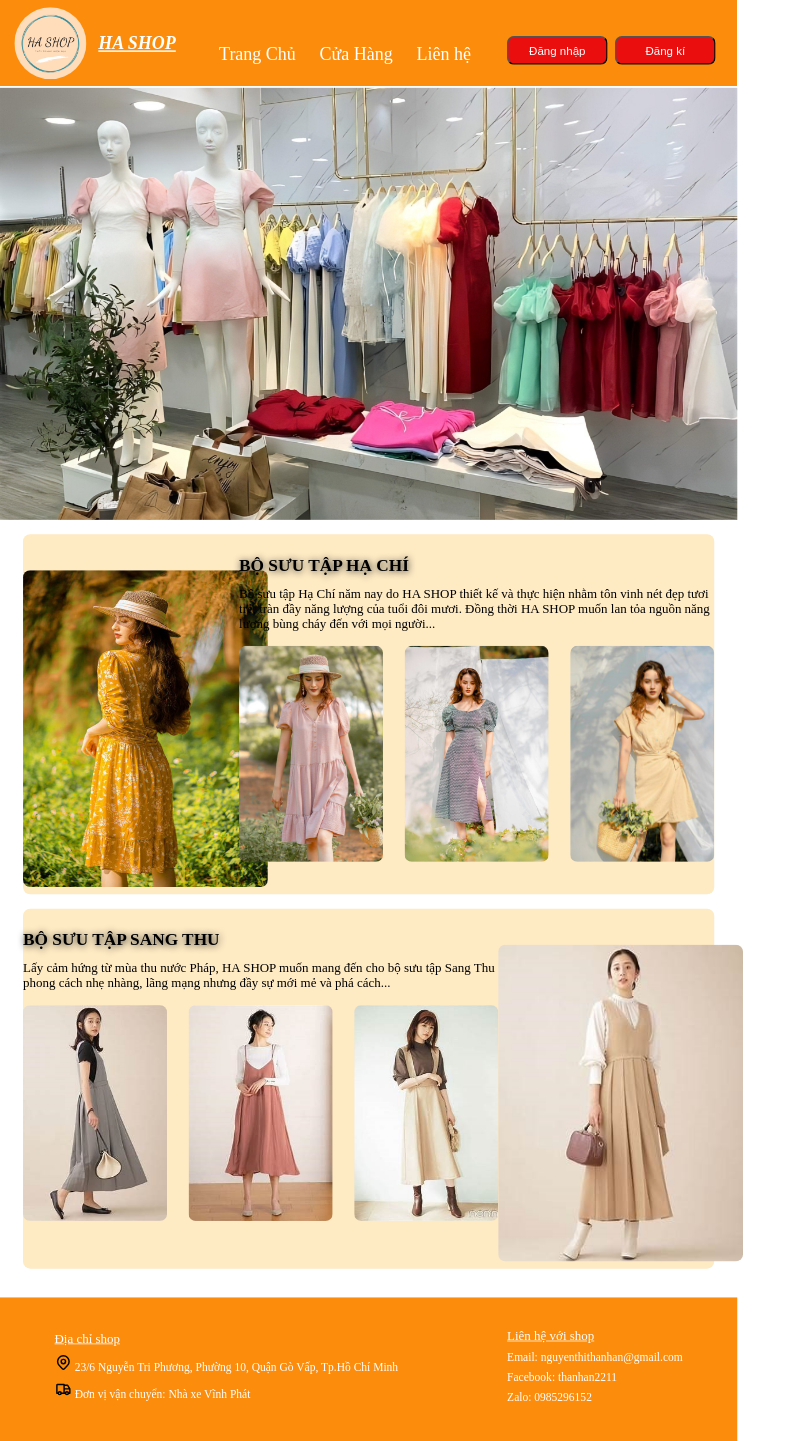
Repository: manhhieu120499/Project_ShopQuanAo
Page: index.html
An editor plug-in stored every save of this project. The page is shown before and after the next save, followed by the edit.
The browser window is 1024 px wide. The page is 1032 px wide, then 1117 px, so the pictures cover 1117 px, including what lies to the right of the window. The pictures show the whole page, at 72% of full size.

Above is the page before, as saved 2023-04-07 22:16:16.

### index.html
<!DOCTYPE html>
<html lang="en">

<head>
    <meta charset="UTF-8" />
    <meta http-equiv="X-UA-Compatible" content="IE=edge" />
    <meta name="viewport" content="width=device-width, initial-scale=1.0" />
    <title>Document</title>
    <link rel="stylesheet" href="/css/style_trangchu.css">
    <link rel="stylesheet" href="/responsive/responsive_trangchu.css">
</head>

<body>
    <div class="wrap">
        <div class="header">
            <div class="left-header">
                <img src="/image/image_trangchu/Thời trang hiện dại.png" alt="logo_shop" class="picture"/>
                <h2 class="shop_name">HA SHOP</h2>
            </div>

            <div class="right-header">
                <div class="link">
                    <a href="#">Trang Chủ</a>
                    <a href="http://127.0.0.1:5501/html/ban_hang.html">Cửa Hàng</a>
                    <a href="#">Liên hệ</a>
                </div>
                 <div class="btn">
                     <button>Đăng nhập</button>
                     <button>Đăng kí</button>
                 </div>
            </div>

        </div>

        <div class="slide_bar">
            <img src="/image/image_trangchu/slide.jpg" alt="slide_picture">
        </div>

        <div class="album">
            <div class="album_one">
                <div class="left_picture">
                     <img src="/image/image_trangchu/10.jpg" alt="picture_ha_chi">
                </div>
                <div class="right_description">
                      <h2 class="title_album">BỘ SƯU TẬP HẠ CHÍ</h2>
                      <p class="desc">   Bộ sưu tập Hạ Chí năm nay do HA SHOP thiết kế và thực hiện nhằm tôn vinh nét đẹp tươi trẻ, tràn đầy năng lượng của tuổi đôi mươi. Đồng thời HA SHOP muốn lan tỏa nguồn năng lượng bùng cháy đến với mọi người...</p>
                      <div class="picture_etc">
                        <img src="/image/image_trangchu/11.jpg" alt="picture_ha_chi">
                        <img src="/image/image_trangchu/12.jpg" alt="picture_ha_chi">
                        <img src="/image/image_trangchu/13.jpg" alt="picture_ha_chi">
                      </div>
                </div>

            </div>

            <div class="album_two album_one ">
                <div class="right_description">
                    <h2 class="title_album">BỘ SƯU TẬP SANG THU</h2>
                    <p class="desc">   Lấy cảm hứng từ mùa thu nước Pháp, HA SHOP muốn mang đến cho bộ sưu tập Sang Thu phong cách nhẹ nhàng, lãng mạng nhưng đầy sự mới mẻ và phá cách...</p>
                    <div class="picture_etc">
                        <img src="/image/image_trangchu/5.jpg" alt="picture_sang_thu">
                        <img src="/image/image_trangchu/8.jpg" alt="picture_sang_thu">
                        <img src="/image/image_trangchu/6.jpg" alt="picture_sang_thu">
                    </div>
                </div>
                <div class="left_picture">
                     <img src="/image/image_trangchu/3.jpg" alt="picture_sang_thu">
                </div>

            </div>
        </div>

        <div class="footer">
            <div class="left_footer">
                  <p class="address">Địa chỉ shop</p>
                  <p>
                    <a class="icon">
                        <svg xmlns="http://www.w3.org/2000/svg" class="icon icon-tabler icon-tabler-map-pin" width="24" height="24" viewBox="0 0 24 24" stroke-width="2" stroke="currentColor" fill="none" stroke-linecap="round" stroke-linejoin="round">
                            <path stroke="none" d="M0 0h24v24H0z" fill="none"></path>
                            <path d="M12 11m-3 0a3 3 0 1 0 6 0a3 3 0 1 0 -6 0"></path>
                            <path d="M17.657 16.657l-4.243 4.243a2 2 0 0 1 -2.827 0l-4.244 -4.243a8 8 0 1 1 11.314 0z"></path>
                         </svg>
                    </a>
                     23/6 Nguyễn Tri Phương, Phường 10, Quận Gò Vấp, Tp.Hồ Chí Minh
                  </p>
                  <p>
                    <a>
                        <svg xmlns="http://www.w3.org/2000/svg" class="icon icon-tabler icon-tabler-truck" width="24" height="24" viewBox="0 0 24 24" stroke-width="2" stroke="currentColor" fill="none" stroke-linecap="round" stroke-linejoin="round">
                            <path stroke="none" d="M0 0h24v24H0z" fill="none"></path>
                            <path d="M7 17m-2 0a2 2 0 1 0 4 0a2 2 0 1 0 -4 0"></path>
                            <path d="M17 17m-2 0a2 2 0 1 0 4 0a2 2 0 1 0 -4 0"></path>
                            <path d="M5 17h-2v-11a1 1 0 0 1 1 -1h9v12m-4 0h6m4 0h2v-6h-8m0 -5h5l3 5"></path>
                         </svg>
                         Đơn vị vận chuyển: Nhà xe Vĩnh Phát
                    </a>
                  </p>
            </div>
            <div class="right_footer">
                 <p class="address">Liên hệ với shop</p>
                 <p>Email: nguyenthithanhan@gmail.com</p>
                 <p>Facebook: thanhan2211</p>
                 <p>Zalo: 0985296152</p>
            </div>

        </div>
    </div>

</body>

</html>

### css/style_trangchu.css
* {
    margin: 0;
    box-sizing: border-box;
}

.wrap {
    display: flex;
    flex-direction: column;
    width: 100%;
    height: 100%;
}


.header {
    background-color: #FC8D0C;
    display: flex;
    justify-content: space-around;
    position: fixed;
    width: 100%;
    top: 0;
    left: 0;
    padding: 10px 0;
    z-index: 1;
}

.left-header {
    width: 270px;
    display: flex;
    align-items: center;
    justify-content: space-between;
}

.left-header .picture {
    width: 100px;
    height: 100px;
    border-radius: 50%;
}

.left-header .shop_name {
    color: white;
    font-size: 25px;
    text-decoration: underline;
    font-style: italic;
}

.right-header .link {
    width: 400px;
    display: flex;
    justify-content: space-between;
}

.right-header .link a:hover {
    color: black;
}

.right-header .link > a {
    color: white;
    text-decoration: none;
    font-size: 25px;
    /* padding: 10px 35px; */
}

.right-header {
    width: 800px;
    display: flex;
    align-items: flex-end;
    margin-bottom: 20px;
    justify-content: space-between;
}

.right-header .btn {
    display: flex;
    justify-content: space-between;
    width: 300px;
}

.right-header .btn > button {
    background-color: #EA0E0E;
    padding: 10px 15px;
    border-radius: 10px;
    font-size: 16px;
    color: white;
    width: 200px;
    height: 40px;
    margin-left: 10px;
}



/* slide bar*/
.slide_bar {
    margin-top: 122px;
    height: 400px;
}
.slide_bar > img{
    width: 100%;
    object-fit: cover;
    height: 600px;
    display: block;
    margin-bottom: 20px;
}

/*album bo suu tap*/
.album {
    display: flex;
    width: calc(100% - 32px);
    flex-direction: column;
}
.album_one {
    margin-top: 220px;
    width: calc(100% - 32px);
    margin-left: 32px;
    height: 500px;
    background-color: #FEEAC3;
    display: flex;
    justify-content: space-around;
    align-items: center;
    border-radius: 10px;

}

.left_picture {
    width: 340px;
    height: 440px;
}
.left_picture img{
    width: 340px;
    height: 440px;
    border-radius: 10px;
}

.left_picture img:hover {
    transform: scale(1.1);
    transition: ease all 0.7s;
}

.right_description {
    width: 700px;
    height: 440px;
    display: flex;
    flex-direction: column;
}

.right_description > .picture_etc{
    display: flex;
    align-items: center;
    justify-content: space-between;
}

.right_description > .picture_etc > img {
    width: 200px;
    height: 300px;
    border-radius: 10px;
    object-fit: cover;
    margin-top: 10px;
}

.right_description > .picture_etc > img:hover {
    transform: scale(1.1);
    transition: ease all 0.7s;
}

.right_description .title_album {
    font-weight: 600px;
    margin-bottom: 15px;
    text-shadow: 1px 1px 10px #222;
}

.right_description .desc {
    font-size: 18px;
    text-align: start;
    margin-bottom: 10px;
}

.album .album_two {
    margin-top: 20px;
}

/*footer*/
.footer {
    margin-top: 40px;
    width: 100%;
    height: 200px;
    background-color: #FC8D0C;
    display: flex;
    justify-content: space-around;
    align-items: center;
    color: white;
}

.footer .left_footer {
    display: flex;
    flex-direction: column;
}

.left_footer p {
    margin-bottom: 10px;
}

.left_footer .address {
    text-decoration: underline;
    font-size: 18px;
}

.footer .right_footer {
    display: flex;
    flex-direction: column;
}

.right_footer p {
    margin-bottom: 10px;
}

.right_footer .address {
    text-decoration: underline;
    font-size: 18px;
}

.footer svg {
    color: black;
}

### responsive/responsive_trangchu.css
@media screen and (max-width: 1024px){
    .left-header {
        width: 230px;
        margin-left: 20px;
    }

    .right-header .link {
        width: 350px;
        margin-left: 60px;
    }

    .btn {
        margin-right: 30px;
    }

    .album_one .left_picture {
        width: 300px;
        height: 400px;
    }
}

After the next save:
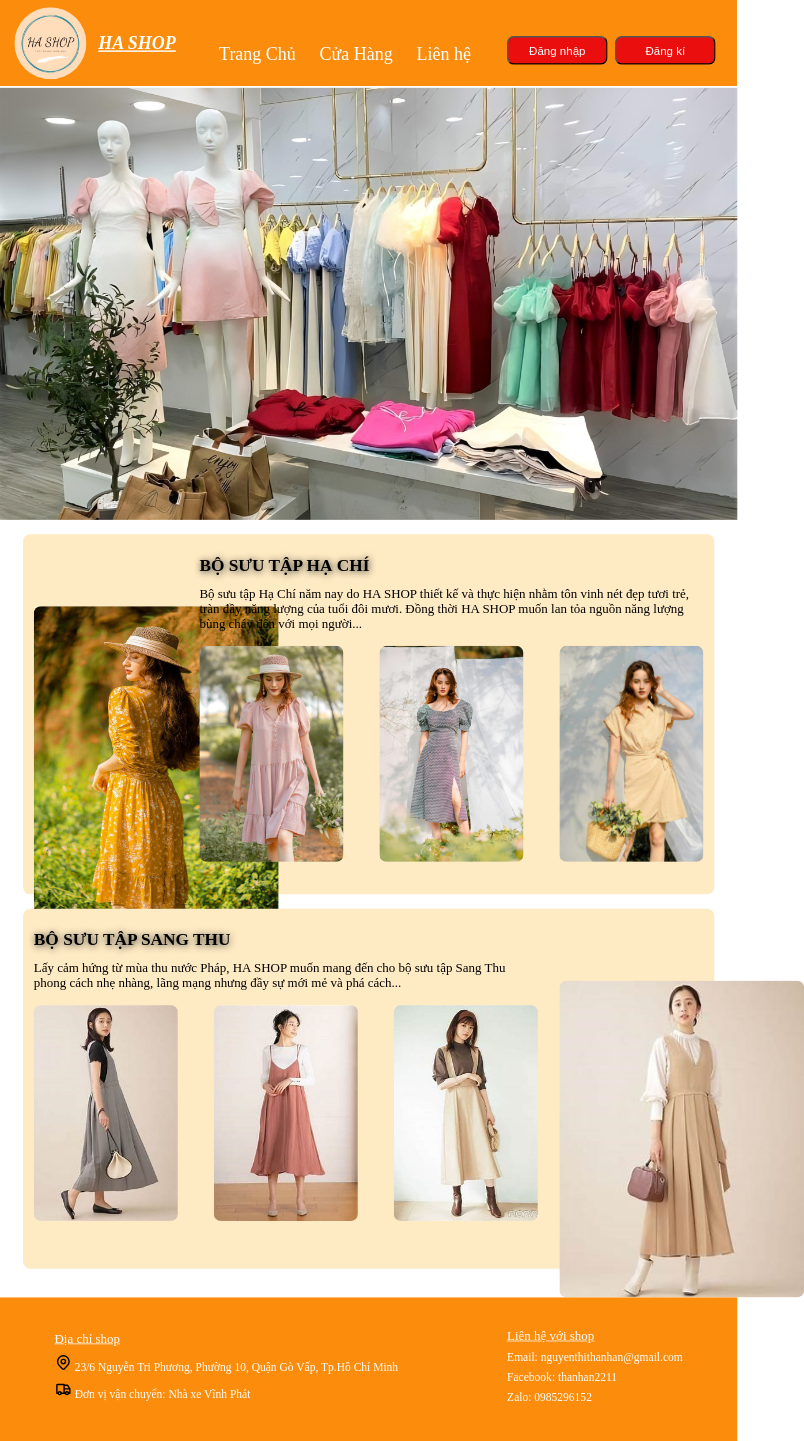
Saved 16 s later.
--- a/responsive/responsive_trangchu.css
+++ b/responsive/responsive_trangchu.css
@@ -14,7 +14,7 @@
     }
 
     .album_one .left_picture {
-        width: 300px;
-        height: 400px;
+        width: 200px;
+        height: 300px;
     }
 }
